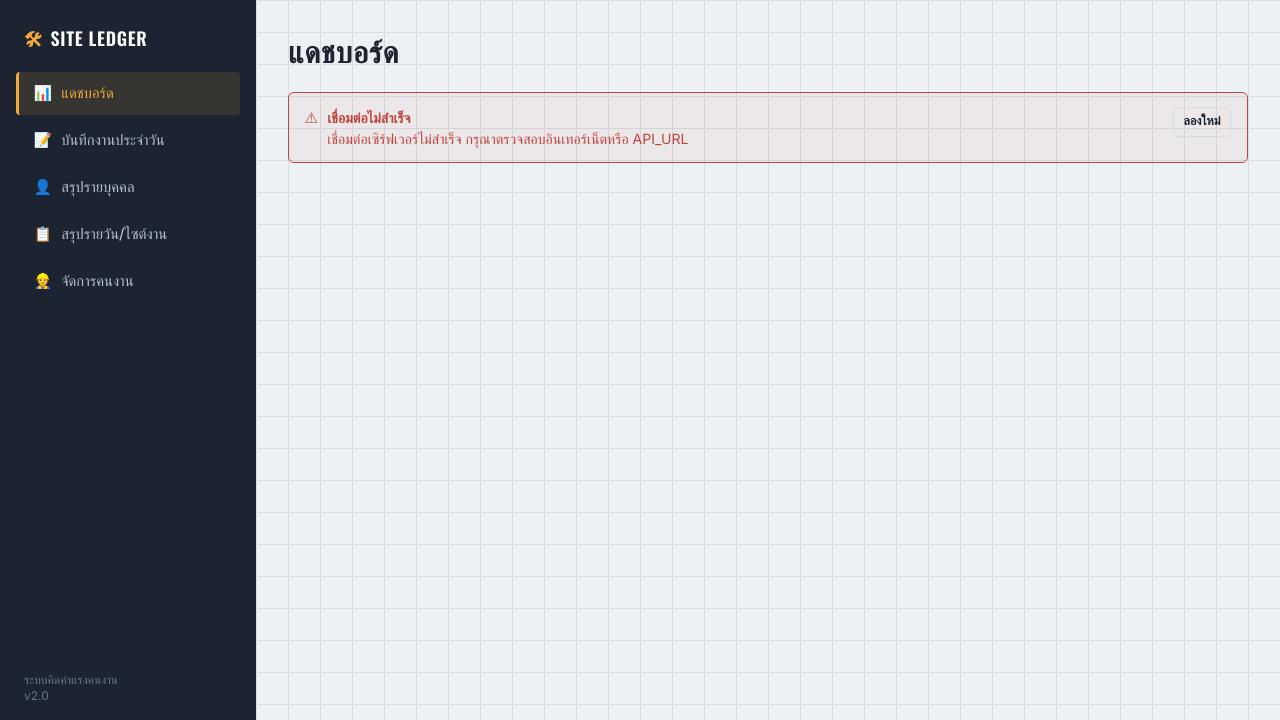
Repository: Artimis2nd/Web-Work
Page: index.html
The author's editor kept a copy of each file at every save. The page is drawn from the files as they stood at one save, then again after the next save.
The browser window is 1280 px wide. The pictures show the whole page.
The page's requests for data from a server got no answer. Some web libraries are served in a nearby version.

Above is the page before, as saved 2026-07-20 16:12:43.

### index.html
<!DOCTYPE html>
<html lang="th">
<head>
<meta charset="UTF-8">
<meta name="viewport" content="width=device-width, initial-scale=1.0">
<title>แดชบอร์ด | ระบบคิดค่าแรงคนงาน</title>
<script src="https://cdn.tailwindcss.com"></script>
<link rel="stylesheet" href="assets/css/style.css">
</head>
<body>
<div id="app-shell"></div>

<script src="assets/js/config.js"></script>
<script src="assets/js/api.js"></script>
<script src="assets/js/utils.js"></script>
<script src="assets/js/pages/dashboard.js"></script>
</body>
</html>

### assets/css/style.css
/*
  ระบบคิดค่าแรงคนงาน — Design tokens
  แนวคิด: "สมุดบันทึกงานไซต์ก่อสร้าง" กระดาษพิมพ์เขียว (blueprint) + ตรายางประทับ + เทปวัด
*/

@import url('https://fonts.googleapis.com/css2?family=Oswald:wght@500;600;700&family=Inter:wght@400;500;600;700&family=IBM+Plex+Mono:wght@500;600&display=swap');

:root {
  /* Color */
  --ink: #1B2430;
  --ink-soft: #414B58;
  --paper: #EEF1F3;
  --paper-card: #FFFFFF;
  --blueprint: #3D6B99;
  --blueprint-dark: #2C4E70;
  --amber: #F2A93B;
  --amber-dark: #C9860F;
  --green: #3F8F5F;
  --red: #C1443C;
  --line: #D6DCE1;

  /* Type */
  --font-display: 'Oswald', sans-serif;
  --font-body: 'Inter', sans-serif;
  --font-mono: 'IBM Plex Mono', monospace;
}

body {
  background-color: var(--paper);
  background-image:
    linear-gradient(var(--line) 1px, transparent 1px),
    linear-gradient(90deg, var(--line) 1px, transparent 1px);
  background-size: 32px 32px;
  font-family: var(--font-body);
  color: var(--ink);
}

.font-display { font-family: var(--font-display); letter-spacing: 0.02em; }
.font-mono { font-family: var(--font-mono); }

/* ---------- App shell ---------- */
.app-shell {
  min-height: 100vh;
}

.sidebar {
  background: var(--ink);
  color: #E8ECEF;
}

.sidebar .brand {
  font-family: var(--font-display);
  font-weight: 600;
  letter-spacing: 0.04em;
}

.nav-tab {
  display: flex;
  align-items: center;
  gap: 0.6rem;
  padding: 0.65rem 0.9rem;
  border-radius: 4px;
  color: #B7C0CB;
  font-weight: 500;
  font-size: 0.92rem;
  transition: background-color 0.15s ease, color 0.15s ease, transform 0.1s ease;
  border-left: 3px solid transparent;
}

.nav-tab:hover {
  background: rgba(255,255,255,0.06);
  color: #FFFFFF;
}

.nav-tab.active {
  background: rgba(242, 169, 59, 0.12);
  color: var(--amber);
  border-left-color: var(--amber);
}

/* ---------- Ledger card ---------- */
.ledger-card {
  background: var(--paper-card);
  border: 1px solid var(--line);
  border-radius: 6px;
  box-shadow: 0 1px 2px rgba(27, 36, 48, 0.04);
}

.kpi-card {
  position: relative;
  overflow: hidden;
}

.kpi-card::before {
  content: '';
  position: absolute;
  left: 0; top: 0; bottom: 0;
  width: 4px;
  background: var(--tick-color, var(--blueprint));
}

.kpi-label {
  font-size: 0.72rem;
  letter-spacing: 0.08em;
  text-transform: uppercase;
  color: var(--ink-soft);
  font-weight: 600;
}

.kpi-value {
  font-family: var(--font-mono);
  font-weight: 600;
  color: var(--ink);
}

/* ---------- Measuring-tape ruled table ---------- */
.tape-table {
  border-collapse: separate;
  border-spacing: 0;
  width: 100%;
}

.tape-table thead th {
  position: relative;
  text-align: left;
  font-size: 0.7rem;
  letter-spacing: 0.06em;
  text-transform: uppercase;
  color: var(--ink-soft);
  font-weight: 600;
  padding: 0.7rem 0.85rem;
  border-bottom: 2px solid var(--ink);
  background: var(--paper-card);
}

.tape-table tbody td {
  padding: 0.65rem 0.85rem;
  border-bottom: 1px dashed var(--line);
  font-size: 0.88rem;
}

.tape-table tbody tr:hover td {
  background: #F8FAFB;
}

.tape-table tbody tr:first-child td {
  border-top: none;
}

/* left ruler ticks on first column */
.tape-table tbody td:first-child {
  position: relative;
  padding-left: 1rem;
}

/* ---------- Rubber stamp badge ---------- */
.stamp {
  display: inline-flex;
  align-items: center;
  gap: 0.3rem;
  font-family: var(--font-display);
  font-size: 0.68rem;
  letter-spacing: 0.08em;
  text-transform: uppercase;
  font-weight: 600;
  padding: 0.18rem 0.55rem;
  border: 1.5px solid currentColor;
  border-radius: 3px;
  transform: rotate(-2deg);
}

.stamp-active { color: var(--green); }
.stamp-inactive { color: var(--ink-soft); }
.stamp-paid { color: var(--blueprint-dark); }

/* ---------- Buttons ---------- */
.btn {
  display: inline-flex;
  align-items: center;
  justify-content: center;
  gap: 0.4rem;
  font-weight: 600;
  font-size: 0.86rem;
  padding: 0.55rem 1rem;
  border-radius: 5px;
  transition: filter 0.15s ease, transform 0.05s ease;
  cursor: pointer;
}
.btn:active { transform: translateY(1px); }

.btn-primary { background: var(--blueprint); color: #fff; }
.btn-primary:hover { filter: brightness(1.08); }

.btn-amber { background: var(--amber); color: var(--ink); }
.btn-amber:hover { filter: brightness(1.05); }

.btn-outline { background: transparent; border: 1.5px solid var(--line); color: var(--ink); }
.btn-outline:hover { border-color: var(--ink-soft); }

.btn-danger { background: transparent; color: var(--red); }
.btn-danger:hover { background: rgba(193,68,60,0.08); }

.btn-sm { padding: 0.3rem 0.6rem; font-size: 0.78rem; }

/* ---------- Form fields ---------- */
.field-label {
  display: block;
  font-size: 0.8rem;
  font-weight: 600;
  color: var(--ink-soft);
  margin-bottom: 0.3rem;
}

.field-input {
  width: 100%;
  border: 1.5px solid var(--line);
  border-radius: 5px;
  padding: 0.55rem 0.75rem;
  font-size: 0.9rem;
  background: #fff;
  color: var(--ink);
}
.field-input:focus {
  outline: none;
  border-color: var(--blueprint);
  box-shadow: 0 0 0 3px rgba(61, 107, 153, 0.15);
}

textarea.field-input {
  min-height: 120px;
  resize: vertical;
}

.worker-check {
  display: flex;
  align-items: center;
  justify-content: space-between;
  padding: 0.6rem 0.75rem;
  border: 1.5px solid var(--line);
  border-radius: 5px;
  cursor: pointer;
  transition: border-color 0.15s ease, background-color 0.15s ease;
}
.worker-check.checked {
  border-color: var(--amber-dark);
  background: rgba(242, 169, 59, 0.08);
}

/* ---------- Worker wage options (v2) ---------- */
.worker-options {
  display: none;
  margin-top: 0.5rem;
  padding: 0.75rem;
  background: #F8FAFB;
  border: 1px solid var(--line);
  border-radius: 5px;
}
.worker-options.open {
  display: block;
}

.wage-type-toggle {
  display: flex;
  gap: 0.5rem;
  margin-bottom: 0.5rem;
}

.wage-type-btn {
  padding: 0.3rem 0.7rem;
  font-size: 0.78rem;
  border: 1.5px solid var(--line);
  border-radius: 4px;
  background: #fff;
  cursor: pointer;
  font-weight: 500;
  transition: all 0.12s ease;
}
.wage-type-btn.active {
  border-color: var(--blueprint);
  background: var(--blueprint);
  color: #fff;
}

.wage-input-group {
  display: flex;
  align-items: center;
  gap: 0.5rem;
  flex-wrap: wrap;
}

.wage-input-group label {
  font-size: 0.8rem;
  color: var(--ink-soft);
  font-weight: 500;
}

.wage-input-group select,
.wage-input-group input[type="number"] {
  border: 1.5px solid var(--line);
  border-radius: 4px;
  padding: 0.3rem 0.5rem;
  font-size: 0.85rem;
  background: #fff;
  color: var(--ink);
  font-family: var(--font-mono);
}
.wage-input-group select:focus,
.wage-input-group input[type="number"]:focus {
  outline: none;
  border-color: var(--blueprint);
}

.wage-calc-result {
  font-size: 0.82rem;
  font-weight: 600;
  color: var(--blueprint-dark);
  margin-top: 0.3rem;
}

.wage-calc-result .no-markup {
  color: var(--red);
  font-size: 0.72rem;
  font-weight: 500;
}

/* ---------- Image upload (v2) ---------- */
.image-upload-area {
  border: 2px dashed var(--line);
  border-radius: 6px;
  padding: 1.5rem;
  text-align: center;
  cursor: pointer;
  transition: border-color 0.15s ease, background-color 0.15s ease;
}
.image-upload-area:hover {
  border-color: var(--blueprint);
  background: rgba(61, 107, 153, 0.04);
}
.image-upload-area.dragover {
  border-color: var(--amber);
  background: rgba(242, 169, 59, 0.06);
}

.image-grid {
  display: grid;
  grid-template-columns: repeat(auto-fill, minmax(100px, 1fr));
  gap: 0.5rem;
  margin-top: 0.75rem;
}

.image-preview {
  position: relative;
  aspect-ratio: 1;
  border-radius: 4px;
  overflow: hidden;
  border: 1px solid var(--line);
}
.image-preview img {
  width: 100%;
  height: 100%;
  object-fit: cover;
}
.image-preview .remove-btn {
  position: absolute;
  top: 2px;
  right: 2px;
  width: 22px;
  height: 22px;
  border-radius: 50%;
  background: rgba(0,0,0,0.6);
  color: #fff;
  border: none;
  font-size: 14px;
  line-height: 1;
  cursor: pointer;
  display: flex;
  align-items: center;
  justify-content: center;
  transition: background 0.12s ease;
}
.image-preview .remove-btn:hover {
  background: var(--red);
}

.image-count {
  font-size: 0.78rem;
  color: var(--ink-soft);
  margin-top: 0.4rem;
}

/* ---------- Loading skeleton ---------- */
.skeleton {
  background: linear-gradient(90deg, #E4E8EB 25%, #EDF0F2 37%, #E4E8EB 63%);
  background-size: 400% 100%;
  animation: skeleton-loading 1.4s ease infinite;
  border-radius: 4px;
}
@keyframes skeleton-loading {
  0% { background-position: 100% 50%; }
  100% { background-position: 0 50%; }
}

.spinner {
  width: 1.1rem;
  height: 1.1rem;
  border: 2.5px solid rgba(255,255,255,0.4);
  border-top-color: #fff;
  border-radius: 50%;
  animation: spin 0.7s linear infinite;
}
.spinner-dark {
  border: 2.5px solid rgba(27,36,48,0.15);
  border-top-color: var(--blueprint);
}
@keyframes spin { to { transform: rotate(360deg); } }

/* ---------- Toast ---------- */
#toast-container {
  position: fixed;
  bottom: 1.25rem;
  right: 1.25rem;
  z-index: 60;
  display: flex;
  flex-direction: column;
  gap: 0.5rem;
}

.toast {
  min-width: 260px;
  max-width: 340px;
  padding: 0.75rem 1rem;
  border-radius: 6px;
  font-size: 0.86rem;
  font-weight: 500;
  color: #fff;
  box-shadow: 0 6px 16px rgba(0,0,0,0.18);
  animation: toast-in 0.2s ease;
}
@keyframes toast-in {
  from { opacity: 0; transform: translateY(8px); }
  to { opacity: 1; transform: translateY(0); }
}
.toast-success { background: var(--green); }
.toast-error { background: var(--red); }
.toast-info { background: var(--blueprint-dark); }

/* ---------- Error banner ---------- */
.error-banner {
  border: 1.5px solid var(--red);
  background: rgba(193, 68, 60, 0.06);
  color: var(--red);
  border-radius: 6px;
  padding: 0.85rem 1rem;
  font-size: 0.88rem;
  display: flex;
  align-items: flex-start;
  gap: 0.6rem;
}

/* Scrollbar tidy */
::-webkit-scrollbar { width: 8px; height: 8px; }
::-webkit-scrollbar-thumb { background: #C7CFD6; border-radius: 4px; }

### assets/js/config.js
/**
 * ตั้งค่า URL ของ Google Apps Script Web App ที่นี่
 * หลังจาก Deploy Web App แล้ว ให้นำ URL ที่ได้ (ลงท้ายด้วย /exec) มาวางแทนค่าด้านล่าง
 */
window.API_URL = 'https://script.google.com/macros/s/AKfycbyyXY_YjBvFi9lMIIbMjmkdoYzpeusf_W97DfdqgGDmp-2ctgk91iVhUHt_Y6VvIAqVZg/exec';

### assets/js/api.js
/**
 * โมดูลกลางสำหรับเรียก Google Apps Script Web App
 * ใช้ Content-Type: text/plain เพื่อให้ browser ส่งเป็น "simple request"
 * (หลีกเลี่ยงปัญหา CORS preflight ที่ Apps Script ไม่รองรับ)
 */
const Api = (() => {
  async function call(action, payload = {}) {
    if (!window.API_URL || window.API_URL.includes('YOUR_DEPLOYMENT_ID')) {
      throw new Error('ยังไม่ได้ตั้งค่า API_URL — กรุณาแก้ไขไฟล์ assets/js/config.js');
    }

    let response;
    try {
      response = await fetch(window.API_URL, {
        method: 'POST',
        headers: { 'Content-Type': 'text/plain;charset=utf-8' },
        body: JSON.stringify({ action, payload })
      });
    } catch (networkErr) {
      throw new Error('เชื่อมต่อเซิร์ฟเวอร์ไม่สำเร็จ กรุณาตรวจสอบอินเทอร์เน็ตหรือ API_URL');
    }

    if (!response.ok) {
      throw new Error('เซิร์ฟเวอร์ตอบกลับผิดพลาด (HTTP ' + response.status + ')');
    }

    let json;
    try {
      json = await response.json();
    } catch (parseErr) {
      throw new Error('รูปแบบข้อมูลที่ได้รับไม่ถูกต้อง');
    }

    if (!json.ok) {
      throw new Error(json.error || 'เกิดข้อผิดพลาดที่ไม่ทราบสาเหตุ');
    }

    return json.data;
  }

  return {
    getDashboard: () => call('getDashboard'),
    getWorkers: () => call('getWorkers'),
    addWorker: (payload) => call('addWorker', payload),
    updateWorker: (payload) => call('updateWorker', payload),
    deleteWorker: (payload) => call('deleteWorker', payload),
    getLogs: (payload) => call('getLogs', payload),
    addLogs: (payload) => call('addLogs', payload),
    deleteLogGroup: (payload) => call('deleteLogGroup', payload),
    getReport: (payload) => call('getReport', payload),
    getPivotReport: (payload) => call('getPivotReport', payload),
    // === ฟังก์ชันใหม่สำหรับระบบใบงาน v2 ===
    getLogGroup: (payload) => call('getLogGroup', payload),
    updateLogGroup: (payload) => call('updateLogGroup', payload),
    getSiteHistory: () => call('getSiteHistory'),
    getRequesterHistory: () => call('getRequesterHistory')
  };
})();

### assets/js/utils.js
/**
 * ฟังก์ชันช่วยเหลือที่ใช้ร่วมกันทุกหน้า: จัดรูปแบบตัวเลข/วันที่, Toast, Layout, Loading, Error
 */
const Utils = (() => {
  const APP_VERSION = '2.1';
  const THB = new Intl.NumberFormat('th-TH', { minimumFractionDigits: 2, maximumFractionDigits: 2 });

  function money(n) {
    return THB.format(Number(n) || 0);
  }

  function formatDate(d) {
    if (!d) return '-';
    const date = new Date(d);
    if (isNaN(date.getTime())) return String(d);
    return date.toLocaleDateString('th-TH', { year: 'numeric', month: 'short', day: 'numeric' });
  }

  function toInputDate(d) {
    const date = d ? new Date(d) : new Date();
    if (isNaN(date.getTime())) return '';
    const pad = (n) => String(n).padStart(2, '0');
    return `${date.getFullYear()}-${pad(date.getMonth() + 1)}-${pad(date.getDate())}`;
  }

  function toast(message, type = 'info') {
    const container = document.getElementById('toast-container');
    if (!container) return;
    const el = document.createElement('div');
    el.className = `toast toast-${type}`;
    el.textContent = message;
    container.appendChild(el);
    setTimeout(() => {
      el.style.transition = 'opacity 0.25s ease';
      el.style.opacity = '0';
      setTimeout(() => el.remove(), 250);
    }, 3200);
  }

  function skeletonRows(count, cols) {
    let html = '';
    for (let i = 0; i < count; i++) {
      html += '<tr>';
      for (let c = 0; c < cols; c++) {
        html += `<td><div class="skeleton" style="height:14px;width:${60 + (c * 13) % 80}%"></div></td>`;
      }
      html += '</tr>';
    }
    return html;
  }

  function errorBanner(message, onRetry) {
    const div = document.createElement('div');
    div.className = 'error-banner';
    div.innerHTML = `
      <span>&#9888;</span>
      <div class="flex-1">
        <div class="font-semibold">เชื่อมต่อไม่สำเร็จ</div>
        <div>${escapeHtml(message)}</div>
      </div>
    `;
    if (onRetry) {
      const btn = document.createElement('button');
      btn.className = 'btn btn-outline btn-sm';
      btn.textContent = 'ลองใหม่';
      btn.onclick = onRetry;
      div.appendChild(btn);
    }
    return div;
  }

  function escapeHtml(str) {
    const d = document.createElement('div');
    d.textContent = String(str);
    return d.innerHTML;
  }

  const NAV_ITEMS = [
    { href: 'index.html', label: 'แดชบอร์ด', icon: '&#128202;' },
    { href: 'daily-log.html', label: 'บันทึกงานประจำวัน', icon: '&#128221;' },
    { href: 'report.html', label: 'สรุปรายบุคคล', icon: '&#128100;' },
    { href: 'pivot-report.html', label: 'สรุปรายวัน/ไซต์งาน', icon: '&#128203;' },
    { href: 'workers.html', label: 'จัดการคนงาน', icon: '&#128119;' }
  ];

  function renderShell(activePage, pageTitle) {
    const navHtml = NAV_ITEMS.map(item => `
      <a href="${item.href}" class="nav-tab ${item.href === activePage ? 'active' : ''}">
        <span>${item.icon}</span><span>${item.label}</span>
      </a>
    `).join('');

    document.getElementById('app-shell').innerHTML = `
      <div class="flex min-h-screen">
        <aside class="sidebar w-64 shrink-0 hidden md:flex flex-col p-4 gap-1">
          <div class="brand text-lg text-white px-2 pb-4 pt-2 flex items-center gap-2">
            <span style="color:var(--amber)">&#128736;</span>
            <span>SITE LEDGER</span>
          </div>
          ${navHtml}
          <div class="mt-auto px-2 pt-4 text-xs" style="color:#6B7684">ระบบคิดค่าแรงคนงาน<br>v2.0</div>
        </aside>

        <div class="flex-1 min-w-0 flex flex-col">
          <header class="md:hidden sidebar flex items-center justify-between px-4 py-3">
            <div class="brand text-white text-base flex items-center gap-2">
              <span style="color:var(--amber)">&#128736;</span> SITE LEDGER
            </div>
            <button id="mobile-nav-toggle" class="text-white text-xl px-2">&#9776;</button>
          </header>
          <nav id="mobile-nav" class="md:hidden hidden sidebar flex flex-col p-3 gap-1 border-t border-white/10">
            ${navHtml}
          </nav>

          <main class="flex-1 p-4 md:p-8 max-w-7xl w-full mx-auto">
            <div class="mb-6">
              <h1 class="font-display text-2xl md:text-3xl font-semibold" style="color:var(--ink)">${pageTitle}</h1>
            </div>
            <div id="page-content"></div>
          </main>
        </div>
      </div>
      <div id="toast-container"></div>
    `;

    const toggle = document.getElementById('mobile-nav-toggle');
    if (toggle) {
      toggle.addEventListener('click', () => {
        document.getElementById('mobile-nav').classList.toggle('hidden');
      });
    }
  }

  /**
   * บีบอัดรูปภาพด้วย Canvas — resize + ลด quality
   * @param {File} file - ไฟล์รูปจาก input
   * @param {number} maxWidth - ความกว้างสูงสุด (default 1000px)
   * @param {number} quality - คุณภาพ JPEG 0-1 (default 0.7)
   * @returns {Promise<string>} Base64 string
   */
  function compressImage(file, maxWidth = 1000, quality = 0.7) {
    return new Promise((resolve, reject) => {
      const reader = new FileReader();
      reader.onload = (e) => {
        const img = new Image();
        img.onload = () => {
          const canvas = document.createElement('canvas');
          let w = img.width;
          let h = img.height;
          if (w > maxWidth) {
            h = (maxWidth / w) * h;
            w = maxWidth;
          }
          canvas.width = w;
          canvas.height = h;
          const ctx = canvas.getContext('2d');
          ctx.drawImage(img, 0, 0, w, h);
          resolve(canvas.toDataURL('image/jpeg', quality));
        };
        img.onerror = () => reject(new Error('ไม่สามารถโหลดรูปภาพได้'));
        img.src = e.target.result;
      };
      reader.onerror = () => reject(new Error('ไม่สามารถอ่านไฟล์รูปภาพได้'));
      reader.readAsDataURL(file);
    });
  }

  return { money, formatDate, toInputDate, toast, skeletonRows, errorBanner, escapeHtml, renderShell, compressImage };
})();

### assets/js/pages/dashboard.js
(() => {
  Utils.renderShell('index.html', 'แดชบอร์ด');

  const content = document.getElementById('page-content');

  function skeletonKpis() {
    content.innerHTML = `
      <div class="grid grid-cols-2 lg:grid-cols-4 gap-4 mb-6">
        ${[0,1,2,3].map(() => `
          <div class="ledger-card p-4">
            <div class="skeleton" style="height:12px;width:60%;margin-bottom:10px"></div>
            <div class="skeleton" style="height:26px;width:80%"></div>
          </div>
        `).join('')}
      </div>
      <div class="ledger-card p-4">
        <div class="skeleton" style="height:18px;width:200px;margin-bottom:16px"></div>
        <table class="tape-table"><tbody>${Utils.skeletonRows(6, 6)}</tbody></table>
      </div>
    `;
  }

  function kpiCard(label, value, colorVar, prefix = '') {
    return `
      <div class="ledger-card kpi-card p-4" style="--tick-color:${colorVar}">
        <div class="kpi-label">${label}</div>
        <div class="kpi-value text-2xl mt-1">${prefix}${value}</div>
      </div>
    `;
  }

  function renderGroupRow(group) {
    return `
      <tr>
        <td>${Utils.formatDate(group.date)}</td>
        <td>${Utils.escapeHtml(group.site || '-')}</td>
        <td class="font-mono">${group.workerCount} คน</td>
        <td class="font-mono">฿${Utils.money(group.totalNormal)}</td>
        <td class="font-mono">฿${Utils.money(group.totalFixed)}</td>
        <td class="font-mono font-semibold" style="color:var(--blueprint-dark)">฿${Utils.money(group.totalNormal + group.totalFixed)}</td>
        <td>
          <div class="flex gap-1">
            <button class="btn btn-outline btn-sm" data-edit-group="${Utils.escapeHtml(group.groupId)}">&#9998;</button>
            <button class="btn btn-danger btn-sm" data-delete-group="${Utils.escapeHtml(group.groupId)}">&#128465;</button>
          </div>
        </td>
      </tr>
    `;
  }

  function renderData(data) {
    content.innerHTML = `
      <div class="grid grid-cols-2 lg:grid-cols-4 gap-4 mb-6">
        ${kpiCard('จำนวนคนงานทั้งหมด', data.totalWorkers, 'var(--blueprint)')}
        ${kpiCard('ใบงานที่บันทึกแล้ว', data.totalLogGroups, 'var(--amber-dark)')}
        ${kpiCard('ยอดค่าแรงปกติ+OT สะสม', Utils.money(data.totalNormalWage), 'var(--green)', '฿')}
        ${kpiCard('ยอดค่าแรงเหมาสะสม', Utils.money(data.totalFixedWage), 'var(--red)', '฿')}
      </div>

      <div class="ledger-card p-4">
        <div class="flex items-center justify-between mb-3">
          <h2 class="font-display text-lg font-semibold">รายการใบงานล่าสุด</h2>
          <a href="daily-log.html" class="btn btn-amber btn-sm">+ บันทึกงานใหม่</a>
        </div>
        <div class="overflow-x-auto">
          <table class="tape-table">
            <thead>
              <tr>
                <th>วันที่</th>
                <th>ไซต์งาน</th>
                <th>จำนวนคน</th>
                <th>ค่าแรงปกติ+OT</th>
                <th>ค่าแรงเหมา</th>
                <th>รวมจ่าย</th>
                <th></th>
              </tr>
            </thead>
            <tbody id="log-rows">
              ${data.recentGroups && data.recentGroups.length
                ? data.recentGroups.map(renderGroupRow).join('')
                : `<tr><td colspan="7" class="text-center py-6" style="color:var(--ink-soft)">ยังไม่มีบันทึกงาน — เริ่มบันทึกได้ที่ปุ่มด้านบน</td></tr>`}
            </tbody>
          </table>
        </div>
      </div>
    `;

    // Edit buttons
    content.querySelectorAll('[data-edit-group]').forEach(btn => {
      btn.addEventListener('click', () => {
        const groupId = btn.getAttribute('data-edit-group');
        window.location.href = 'daily-log.html?edit=' + encodeURIComponent(groupId);
      });
    });

    // Delete buttons
    content.querySelectorAll('[data-delete-group]').forEach(btn => {
      btn.addEventListener('click', async () => {
        const groupId = btn.getAttribute('data-delete-group');
        if (!confirm('ยืนยันการลบใบงานนี้ทั้งหมด?')) return;
        btn.disabled = true;
        btn.innerHTML = '<span class="spinner spinner-dark"></span>';
        try {
          await Api.deleteLogGroup({ groupId });
          Utils.toast('ลบใบงานเรียบร้อย', 'success');
          load();
        } catch (err) {
          Utils.toast(err.message, 'error');
          btn.disabled = false;
          btn.textContent = '🗑️';
        }
      });
    });
  }

  async function load() {
    skeletonKpis();
    try {
      const data = await Api.getDashboard();
      renderData(data);
    } catch (err) {
      content.innerHTML = '';
      content.appendChild(Utils.errorBanner(err.message, load));
    }
  }

  load();
})();

After the next save:
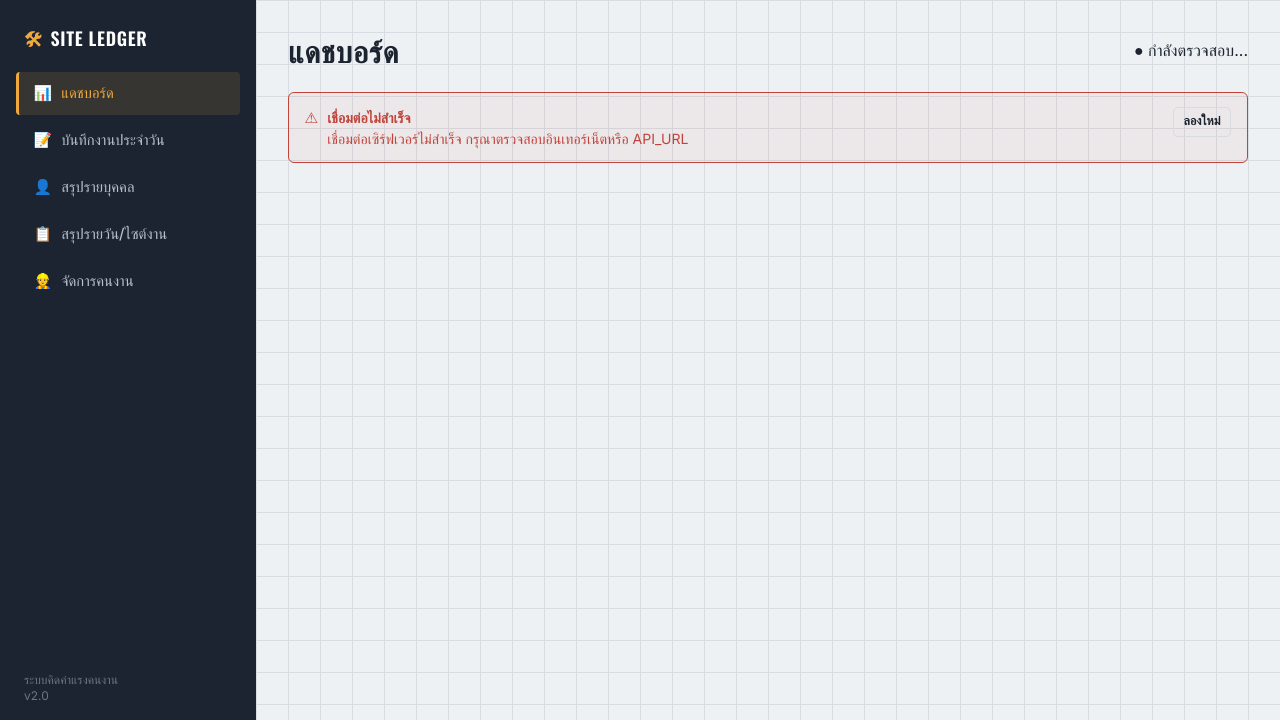
Saved 31 s later.
--- a/assets/js/utils.js
+++ b/assets/js/utils.js
@@ -113,8 +113,9 @@ const Utils = (() => {
           </nav>
 
           <main class="flex-1 p-4 md:p-8 max-w-7xl w-full mx-auto">
-            <div class="mb-6">
+            <div class="mb-6 flex items-center justify-between gap-4">
               <h1 class="font-display text-2xl md:text-3xl font-semibold" style="color:var(--ink)">${pageTitle}</h1>
+              <div id="status-badge" class="status-badge">&#9679; กำลังตรวจสอบ...</div>
             </div>
             <div id="page-content"></div>
           </main>
